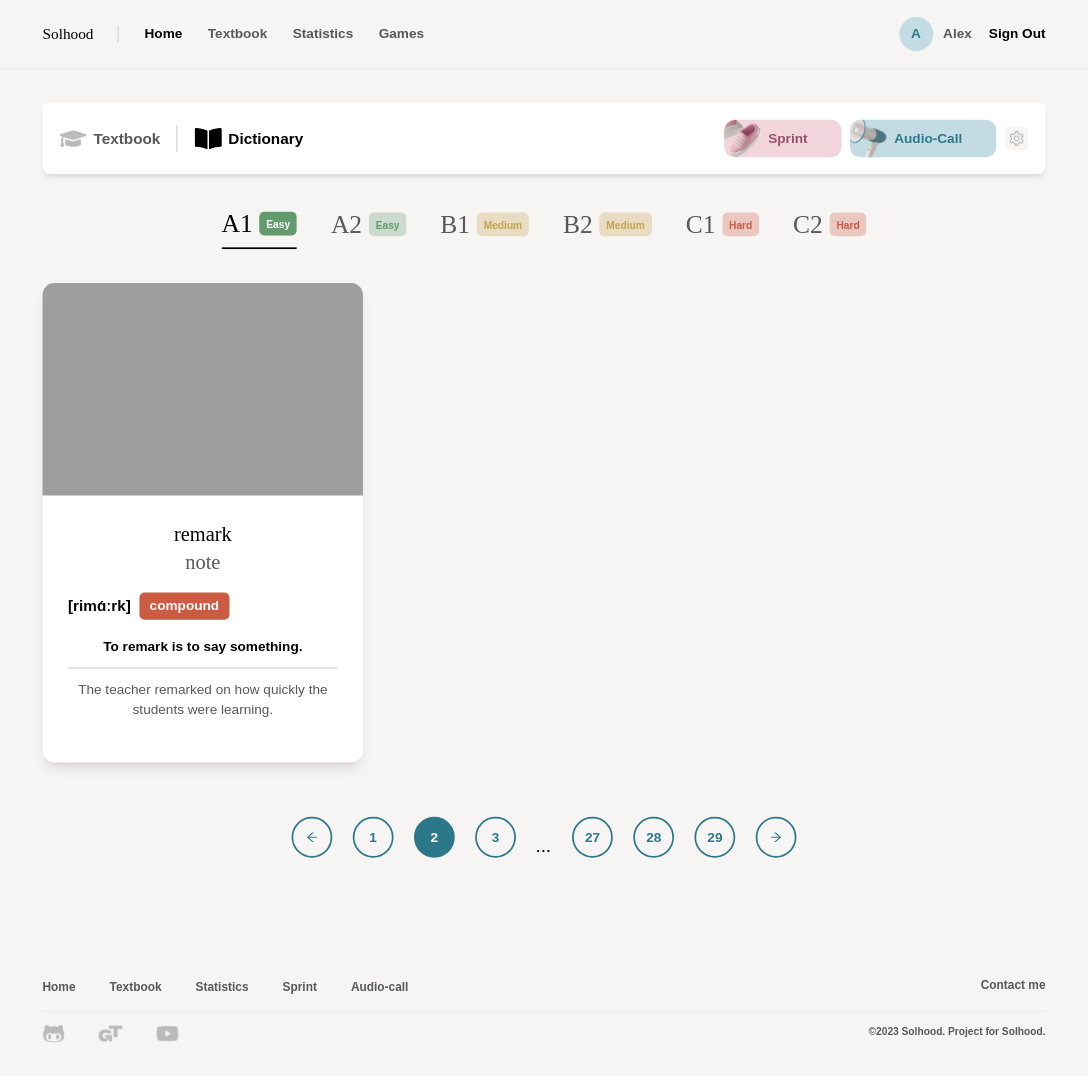
Repository: haudnn/solhood
Page: /textbook
These files come from the project's save history. The page is drawn as it stood at one moment and after the next save; the edit follows.
The browser window is 1280 px wide. The pictures show the whole page, at 85% of full size.
Pictures or frames that could not be fetched are drawn as grey boxes. The project was rebuilt for these pictures with package versions that can differ from the ones it lists, and the page was loaded fresh each time. Also part of the build but not shown: src/pages/Home.tsx, src/pages/sprint/Sprint.tsx, src/pages/sprint/Game.tsx, src/pages/sprint/Result.tsx, src/pages/audio/Audio.tsx, src/pages/audio/Game.tsx, src/pages/audio/Result.tsx, src/pages/statistics/Statistics.tsx.

Above is the page before, as saved 2023-01-11 11:29:14.

After the next save:
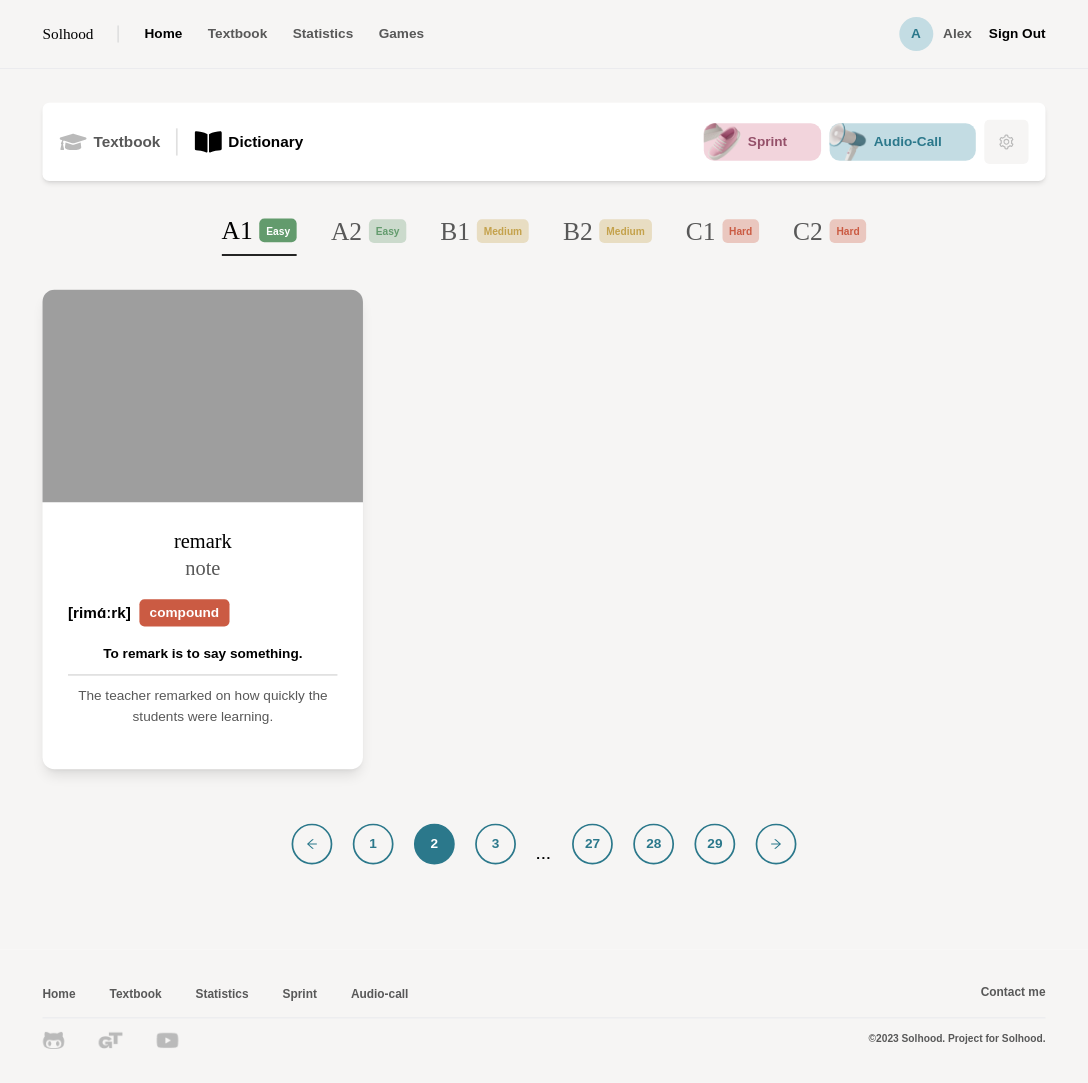
Saved 35 s later.
--- a/src/pages/textbook/TextBook.tsx
+++ b/src/pages/textbook/TextBook.tsx
@@ -75,7 +75,7 @@ const TextBook = () => {
                   </div>
                   <div
                     onClick={handleShowSettings}
-                    className={`flex items-center justify-center p-1 rounded-md cursor-pointer ${isSettings ? "bg-cyandark" : "bg-greyligt"}`}
+                    className={`flex items-center justify-center p-4 rounded-md cursor-pointer ${isSettings ? "bg-cyandark" : "bg-greyligt"}`}
                   >
                     <AiOutlineSetting className={`w-5 h-5 ${isSettings ? "text-white" : "text-greyicon"} t`}></AiOutlineSetting>
                   </div>
